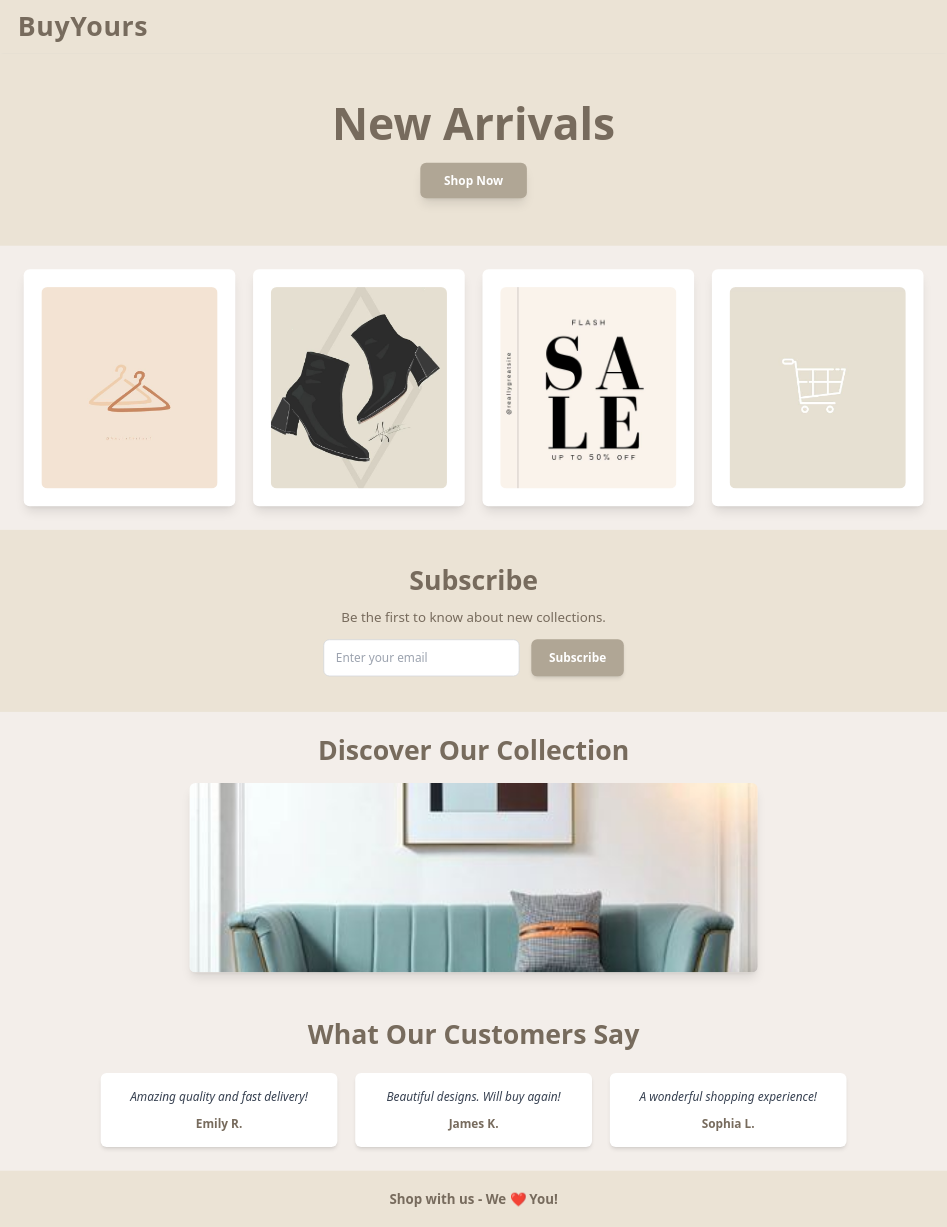
Repository: prathyushaa5/BuyYours
Page: / (app in Frontend/)
The author's editor kept a copy of each file at every save. The page is drawn from the files as they stood at one save, then again after the next save.
The browser window is 1280 px wide. The pictures show the whole page, at 74% of full size.
The project was rebuilt for these pictures with package versions that can differ from the ones it lists, and the page was loaded fresh each time. Also part of the build but not shown: Frontend/vite.config.js, Frontend/src/components/Login.jsx, Frontend/src/components/Signup.jsx, Frontend/src/components/Home.jsx, Frontend/src/components/Navbar.jsx, Frontend/src/components/Categories.jsx. Imported but missing from the stored project, and not drawn on this page: Frontend/src/components/Orders.

Above is the page before, as saved 2025-02-14 07:11:56.

### Frontend/src/App.jsx
import { BrowserRouter as Router, Routes, Route, Navigate } from "react-router-dom";
import { useState } from "react";
import Main from "./components/Main";
import Login from "./components/Login";
import Signup from "./components/Signup";
import Home from "./components/Home";
import Navbar from "./components/Navbar";
import Categories from "./components/Categories";
import Orders from "./components/Orders";
export default function App() {
  const [token, setToken] = useState(localStorage.getItem("token") || null);

  const handleLogin = (userToken) => {
    setToken(userToken);
    localStorage.setItem("token", userToken);
  };

  return (
    <Router>
      {token && <Navbar />} {/* Show Navbar only if logged in */}
      <Routes>
        {/* Show Main page first */}
        <Route path="/" element={<Main />} />

        {/* Login Page */}
        <Route path="/login" element={<Login onLogin={handleLogin} />} />

        {/* Signup Page */}
        <Route path="/signup" element={<Signup onLogin={handleLogin} />} />

        {/* Home Page (Protected) */}
        <Route path="/home" element={token ? <Home /> : <Navigate to="/login" />} />
        <Route path="/categories" element={token ? <Categories /> : <Navigate to="/login" />} />
        <Route path="/orders" element={token ? <Orders /> : <Navigate to="/login" />} />

      </Routes>
    </Router>
  );
}

### Frontend/src/components/Main.jsx
import image1 from "../assets/cards/hanger1.jpeg";
import image2 from "../assets/cards/heels1.jpeg";
import image3 from "../assets/cards/sale1.jpeg";
import image4 from "../assets/cards/cart1.jpeg";
import { useNavigate } from "react-router-dom";
import { motion, AnimatePresence } from "framer-motion";
import { useState, useEffect } from "react";
import img1 from "../assets/carasoule/img1.jpg";
import img2 from "../assets/carasoule/img2.jpg";
import img3 from "../assets/carasoule/img3.jpg";
import img4 from "../assets/carasoule/img4.jpg";

export default function MainPage() {
  const navigate = useNavigate();
  const images = [img1, img2, img3, img4];
  const [currentIndex, setCurrentIndex] = useState(0);
  const [direction, setDirection] = useState(1);
localStorage.setItem("token",null);
  useEffect(() => {
    const interval = setInterval(() => {
      setDirection(1);

      setCurrentIndex((prevIndex) => (prevIndex + 1) % images.length);
    }, 3000);
    return () => clearInterval(interval);
  }, []);

  return (
    <div className="bg-[#F3EEEA] min-h-screen text-[#776B5D]">
      {/* Navbar */}
      <nav className="bg-[#EBE3D5] py-4 px-6 flex justify-between items-center shadow-md">
        <h1 className="text-4xl font-extrabold text-[#776B5D] tracking-wide">BuyYours</h1>
      </nav>

      {/* Hero Section */}
      <section className="flex flex-col items-center text-center py-16 bg-[#EBE3D5] text-[#776B5D]">
        <h2 className="text-6xl font-extrabold mb-6">New Arrivals</h2>
        <button
          className="bg-[#B0A695] px-8 py-3 text-white font-bold rounded-lg shadow-lg hover:scale-105 hover:bg-[#776B5D] transition"
          onClick={() => navigate("/signup")}
        >
          Shop Now
        </button>
      </section>

      {/* Categories */}
      <div className="grid grid-cols-2 md:grid-cols-4 gap-6 p-8">
        {[image1, image2, image3, image4].map((image, index) => (
          <div
            key={index}
            className="bg-white p-6 text-center rounded-lg shadow-lg h-80 transition-transform transform hover:scale-105"
          >
            <img src={image} alt={`Category ${index + 1}`} className="w-full h-full object-cover rounded-lg" />
          </div>
        ))}
      </div>

      {/* Subscribe Section */}
      <section className="bg-[#EBE3D5] text-center py-12 text-[#776B5D]">
        <h3 className="text-4xl font-extrabold mb-4">Subscribe</h3>
        <p className="mb-4 text-lg">Be the first to know about new collections.</p>
        <div className="flex justify-center">
          <input
            type="email"
            placeholder="Enter your email"
            className="px-4 py-3 rounded-lg border border-gray-300 focus:ring-2 focus:ring-[#B0A695] outline-none"
          />
          <button className="ml-4 bg-[#B0A695] px-6 py-3 text-white font-bold rounded-lg shadow-md hover:scale-105 hover:bg-[#776B5D] transition">
            Subscribe
          </button>
        </div>
      </section>

      {/* Carousel */}
      <section className="p-8">
        <h3 className="text-4xl font-bold text-center mb-6">Discover Our Collection</h3>
        <div className="relative w-full max-w-3xl mx-auto overflow-hidden rounded-lg shadow-lg">
          <div className="relative w-full h-64">
            <AnimatePresence initial={false} custom={direction}>
              <motion.img
                key={currentIndex}
                src={images[currentIndex]}
                alt="Carousel Slide"
                className="absolute w-full h-full object-cover"
                initial={{ x: direction * 100, opacity: 0 }}
                animate={{ x: 0, opacity: 1 }}
                exit={{ x: -direction * 100, opacity: 0 }}
                transition={{ duration: 0.8, ease: "easeInOut" }}
              />
            </AnimatePresence>
          </div>
        </div>
      </section>

      {/* Testimonials */}
      <section className="p-8">
        <h3 className="text-4xl font-bold text-center mb-8">What Our Customers Say</h3>
        <div className="flex flex-wrap justify-center gap-6">
          {[
            { name: "Emily R.", text: "Amazing quality and fast delivery!" },
            { name: "James K.", text: "Beautiful designs. Will buy again!" },
            { name: "Sophia L.", text: "A wonderful shopping experience!" },
          ].map((review, index) => (
            <div
              key={index}
              className="bg-white p-5 rounded-lg shadow-md w-80 text-center hover:shadow-xl transition-shadow"
            >
              <p className="italic text-gray-700">{review.text}</p>
              <p className="font-semibold mt-3">{review.name}</p>
            </div>
          ))}
        </div>
      </section>

      {/* Footer */}
      <footer className="bg-[#EBE3D5] text-center py-6 text-[#776B5D] font-bold text-lg">
        Shop with us - We ❤️ You!
      </footer>
    </div>
  );
}

### Frontend/tailwind.config.js
/** @type {import('tailwindcss').Config} */
export default {
  content: [
    "./index.html",
    "./src/**/*.{js,ts,jsx,tsx}",
  ],
  theme: {
    extend: {
      colors: {
        brown: {
          500: '#A0522D',
          600: '#8B4513',
          700: '#5D4037',
        },
      },
    },
  },
  plugins: [],
}

Loaded but not shown: Frontend/index.html (common file); Frontend/src/main.jsx (common file); Frontend/src/index.css (common file)

After the next save:
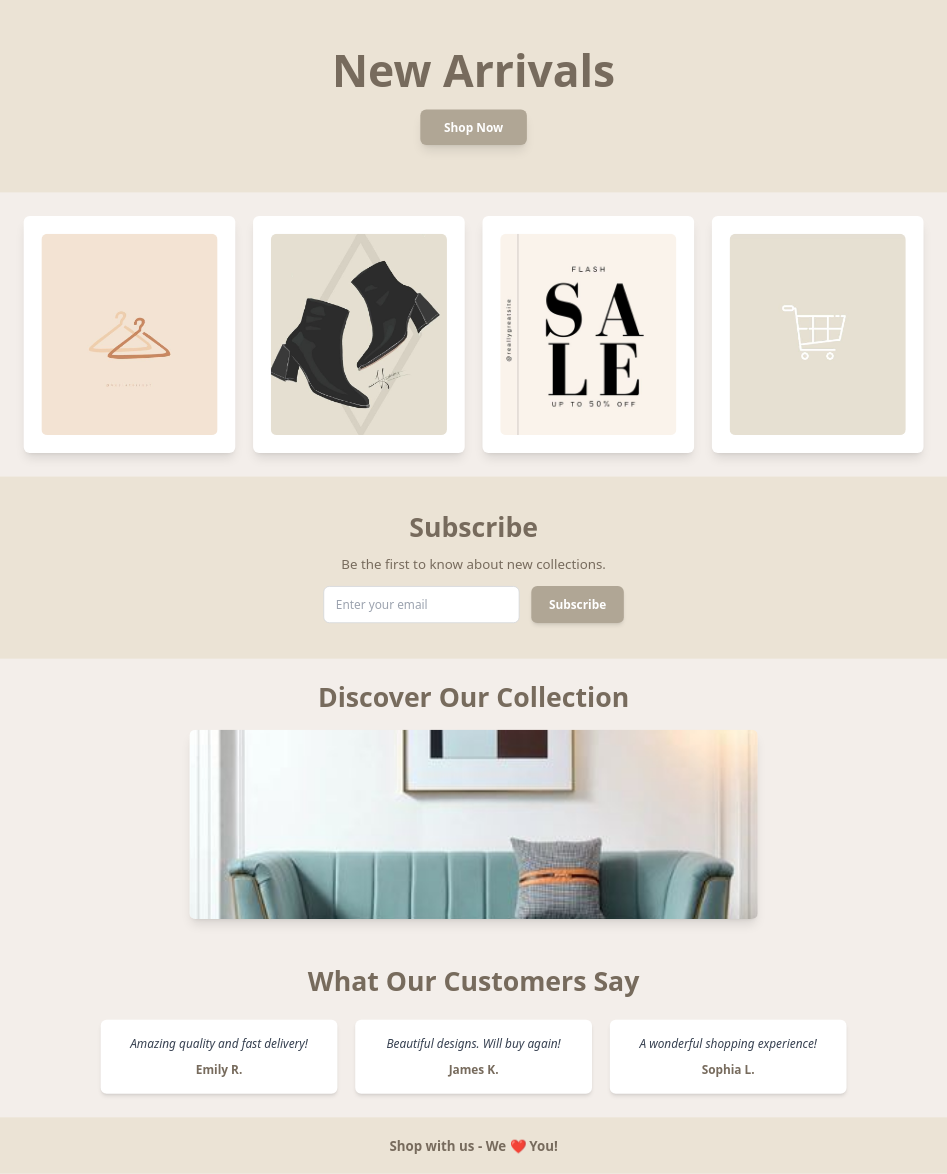
Saved 2 min 27 s later.
--- a/Frontend/src/components/Main.jsx
+++ b/Frontend/src/components/Main.jsx
@@ -28,9 +28,7 @@ localStorage.setItem("token",null);
   return (
     <div className="bg-[#F3EEEA] min-h-screen text-[#776B5D]">
       {/* Navbar */}
-      <nav className="bg-[#EBE3D5] py-4 px-6 flex justify-between items-center shadow-md">
-        <h1 className="text-4xl font-extrabold text-[#776B5D] tracking-wide">BuyYours</h1>
-      </nav>
+
 
       {/* Hero Section */}
       <section className="flex flex-col items-center text-center py-16 bg-[#EBE3D5] text-[#776B5D]">
